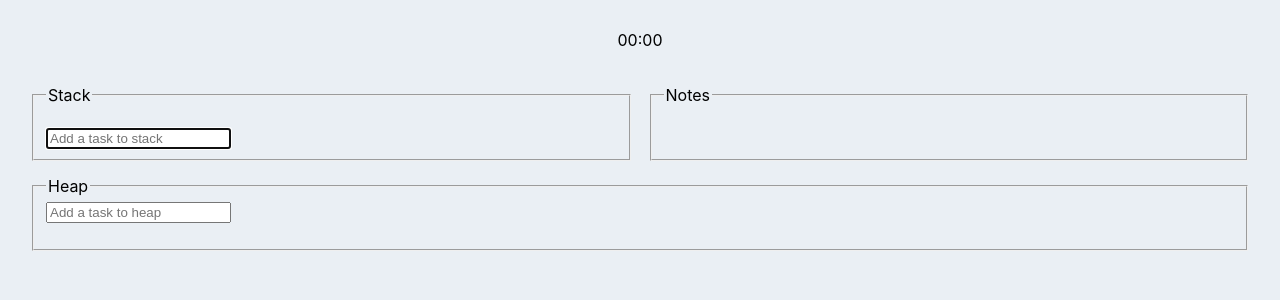
Repository: litalsh/Meeting-Managment-App
Page: /
These files come from the project's save history. The page is drawn as it stood at one moment and after the next save; the edit follows.
The browser window is 1280 px wide. The pictures show the whole page.
The project was rebuilt for these pictures with package versions that can differ from the ones it lists, and the page was loaded fresh each time. Also part of the build but not shown: src/components/Task/Task.css, src/components/Task/Task.js.

Above is the page before, as saved 2021-01-10 15:38:01.

After the next save:
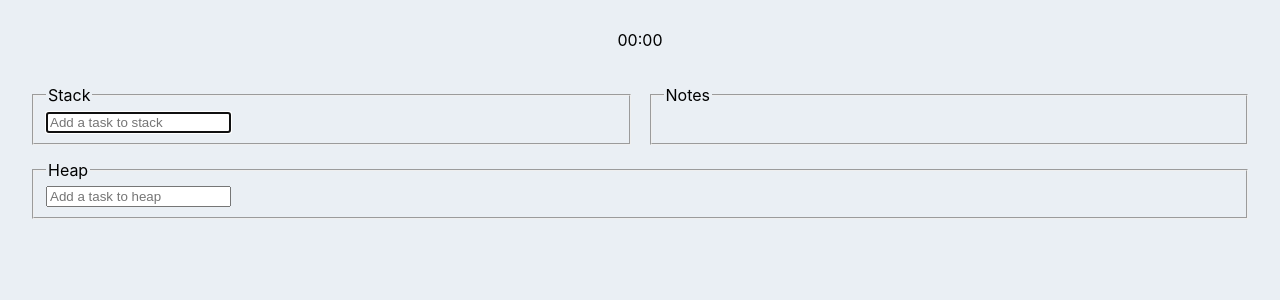
Saved 12 s later.
--- a/src/App.css
+++ b/src/App.css
@@ -8,3 +8,9 @@ body{
   grid-gap: 15px;
   margin: 10px 30px;
 }
+
+ul {
+  list-style-type: none;
+  margin: 0;
+  padding: 0;
+}
